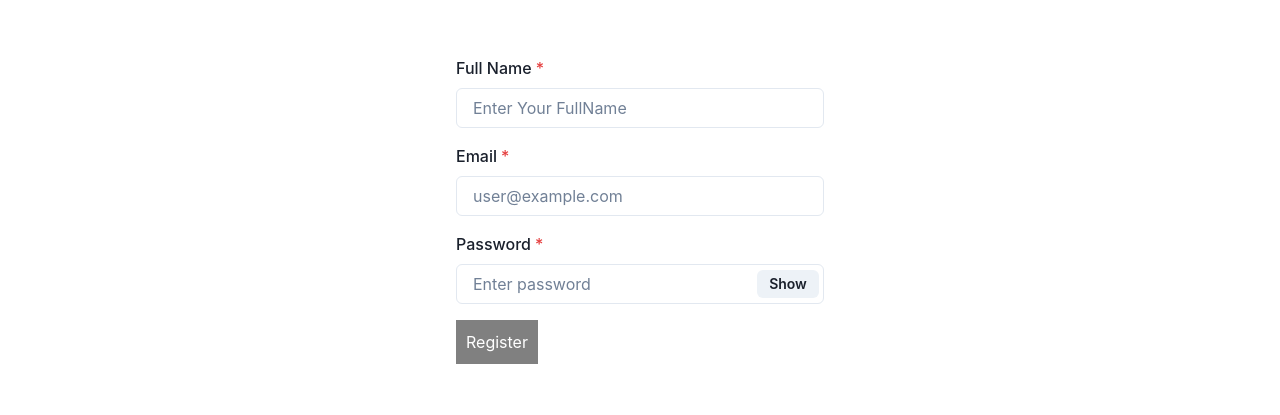
Repository: Abhi2359/chakra_form_validation
Page: / (app in reg_form/)
The author's editor kept a copy of each file at every save. The page is drawn from the files as they stood at one save, then again after the next save.
The browser window is 1280 px wide. The pictures show the whole page.
The project was rebuilt for these pictures with package versions that can differ from the ones it lists, and the page was loaded fresh each time. Also part of the build but not shown: reg_form/vite.config.js.

Above is the page before, as saved 2023-08-11 19:25:24.

### reg_form/src/main.jsx
import React from "react";
import ReactDOM from "react-dom/client";
import App from "./App";
import { ChakraProvider } from "@chakra-ui/react";

ReactDOM.createRoot(document.getElementById("root")).render(
  <React.StrictMode>
    <ChakraProvider>
      <App />
    </ChakraProvider>
  </React.StrictMode>
);

### reg_form/src/App.jsx
import { ChakraProvider } from "@chakra-ui/react";
import RegisterationForm from "./RegisterationForm";


function App() {
  return (
   <ChakraProvider>

     <RegisterationForm/>
   </ChakraProvider>

  );
}

export default App;

### reg_form/src/RegisterationForm.jsx
import {
  FormControl,
  FormLabel,
  Input,
  Box,
  InputRightElement,
  InputGroup,
  Button,
  Text,
} from "@chakra-ui/react";
import React, { useState } from "react";
import zxcvbn from "zxcvbn";

function RegisterationForm() {
  const [fullName, setFullName] = useState("");
  const [fullNameError, setFullNameError] = useState("");
  const [email, setEmail] = useState("");
  const [emailError, setEmailError] = useState("");
  const [password, setPassword] = useState("");
  const [passwordError, setPasswordError] = useState("");
  const [showPassword, setShowPassword] = useState(false);
  const [passwordStrength, setPasswordStrength] = useState("");

  const [isFormValid, setIsFormValid] = useState(false);

  const handleFullNameChange = (e) => {
    const value = e.target.value;

    setFullName(value);
    setFullNameError("");
    validateForm();
  };

  const handleEmailChange = (e) => {
    const value = e.target.value;
    setEmail(value);
    setEmailError("");
    validateForm();
  };

  const handlePasswordChange = (e) => {
    const value = e.target.value;
    setPassword(value);
    setPasswordError(" ");
    // Calculate password strength using zxcvbn
    const passwordStrengthResult = zxcvbn(value);
    const score = passwordStrengthResult.score;

    // Map the score to labels for display
    let strengthLabel = "Weak";
    if (score >= 3) {
      strengthLabel = "Stronger";
    } else if (score >= 2) {
      strengthLabel = "Strong";
    } else {
      strengthLabel = "Weak";
    }

    setPasswordStrength(strengthLabel);

    validateForm();
  };

  const handleShowPassword = () => {
    setShowPassword(!showPassword);
  };

  // Input Field Validation Function
  // const validateName = () => {
  //   const isFullNameValid = /^[A-Za-z\s]+$/.test(fullName);

  //   setFullNameError(isFullNameValid ? "" : "Invalid Full Name");
  // };
  // const validateEmail = () => {
  //   const isEmailValid = /\S+@\S+\.\S+/.test(email);

  //   setEmailError(isEmailValid ? "" : "Invalid Email");
  // };
  // const validatePassword = () => {
  //   const isPasswordValid = password.length >= 8;

  //   setPasswordError(
  //     isPasswordValid ? "" : "Password must be at least 8 characters"
  //   );
  // };


  //Form Validation
  const validateForm =()=>{
    const isFullNameValid = /^[A-Za-z\s]+$/.test(fullName);
    const isEmailValid = /\S+@\S+\.\S+/.test(email);
    const isPasswordValid = password.length >= 8;
     setIsFormValid( isFullNameValid && isPasswordValid && isEmailValid)
  }


  return (
    <Box maxW="400px" m="auto" p="4" my="40px">
      <FormControl isRequired isInvalid={fullNameError !== ""}>
        <FormLabel>Full Name</FormLabel>
        <Input
          type="text"
          value={fullName}
          onChange={handleFullNameChange}
          placeholder="Enter Your FullName"
        />
        <Text color="red.500" fontSize="sm" mt="1">
          {fullNameError}
        </Text>
      </FormControl>
      <FormControl isRequired my="4" isInvalid={emailError !== ""}>
        <FormLabel>Email</FormLabel>
        <Input
          type="email"
          value={email}
          onChange={handleEmailChange}
          placeholder="user@example.com"
        />
        <Text color="red.500" fontSize="sm" mt="1">
          {emailError}
        </Text>
      </FormControl>
      <FormControl isRequired my="4" isInvalid={passwordError !== ""}>
        <FormLabel>Password</FormLabel>
        <InputGroup size="md">
          <Input
            pr="4.5rem"
            type={showPassword ? "text" : "password"}
            placeholder="Enter password"
            onChange={handlePasswordChange}
          />
          <InputRightElement width="4.5rem">
            <Button h="1.75rem" size="sm" onClick={handleShowPassword}>
              {showPassword ? "Hide" : "Show"}
            </Button>
          </InputRightElement>
        </InputGroup>
        <Text color="red.500" fontSize="sm" mt="1">
          {passwordError}
        </Text>
        {passwordStrength && (
          <Text
            mt={2}
            fontSize="sm"
            color={
              passwordStrength === "Stronger"
                ? "green"
                : passwordStrength === "Strong"
                ? "blue"
                : "red"
            }
          >
            Password Strength: {passwordStrength}
          </Text>
        )}
      </FormControl>
      <button
        type="submit"

        disabled={!isFormValid}
        style={{
          backgroundColor: isFormValid ? "green" : "gray",
          color: "white",
          padding: "10px",
          cursor: isFormValid ? "pointer" : "not-allowed",
        }}
      >
        Register
      </button>
    </Box>
  );
}

export default RegisterationForm;

Loaded but not shown: reg_form/index.html (common file)

After the next save:
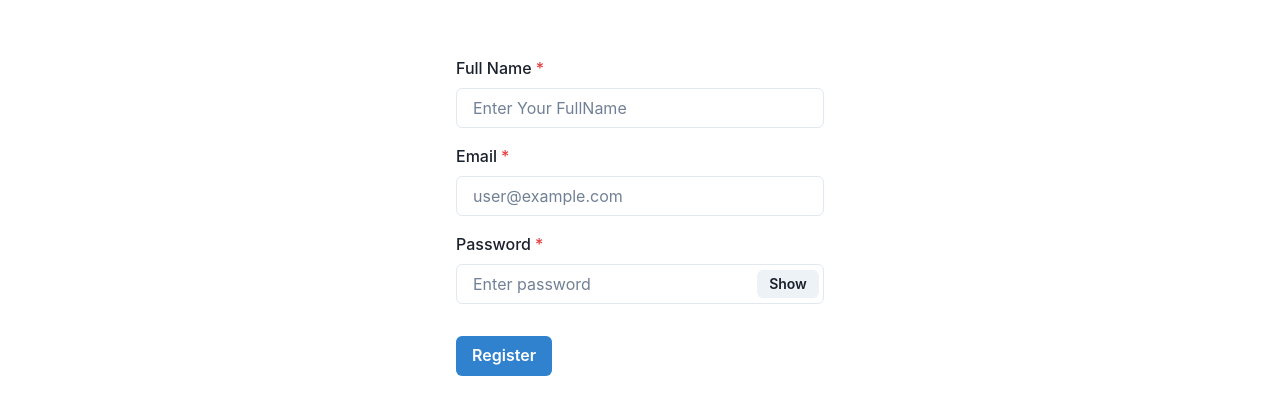
Saved 117 s later.
--- a/reg_form/src/RegisterationForm.jsx
+++ b/reg_form/src/RegisterationForm.jsx
@@ -17,7 +17,6 @@
   const [email, setEmail] = useState("");
   const [emailError, setEmailError] = useState("");
   const [password, setPassword] = useState("");
-  const [passwordError, setPasswordError] = useState("");
   const [showPassword, setShowPassword] = useState(false);
   const [passwordStrength, setPasswordStrength] = useState("");
 
@@ -25,23 +24,19 @@
 
   const handleFullNameChange = (e) => {
     const value = e.target.value;
-
     setFullName(value);
-    setFullNameError("");
     validateForm();
   };
 
   const handleEmailChange = (e) => {
     const value = e.target.value;
     setEmail(value);
-    setEmailError("");
     validateForm();
   };
 
   const handlePasswordChange = (e) => {
     const value = e.target.value;
     setPassword(value);
-    setPasswordError(" ");
     // Calculate password strength using zxcvbn
     const passwordStrengthResult = zxcvbn(value);
     const score = passwordStrengthResult.score;
@@ -65,38 +60,17 @@
     setShowPassword(!showPassword);
   };
 
-  // Input Field Validation Function
-  // const validateName = () => {
-  //   const isFullNameValid = /^[A-Za-z\s]+$/.test(fullName);
-
-  //   setFullNameError(isFullNameValid ? "" : "Invalid Full Name");
-  // };
-  // const validateEmail = () => {
-  //   const isEmailValid = /\S+@\S+\.\S+/.test(email);
-
-  //   setEmailError(isEmailValid ? "" : "Invalid Email");
-  // };
-  // const validatePassword = () => {
-  //   const isPasswordValid = password.length >= 8;
-
-  //   setPasswordError(
-  //     isPasswordValid ? "" : "Password must be at least 8 characters"
-  //   );
-  // };
-
-
-  //Form Validation
-  const validateForm =()=>{
+  // Form Validation Function
+  const validateForm = () => {
     const isFullNameValid = /^[A-Za-z\s]+$/.test(fullName);
     const isEmailValid = /\S+@\S+\.\S+/.test(email);
     const isPasswordValid = password.length >= 8;
-     setIsFormValid( isFullNameValid && isPasswordValid && isEmailValid)
-  }
-
+    setIsFormValid(isFullNameValid && isEmailValid && isPasswordValid);
+  };
 
   return (
     <Box maxW="400px" m="auto" p="4" my="40px">
-      <FormControl isRequired isInvalid={fullNameError !== ""}>
+      <FormControl isRequired>
         <FormLabel>Full Name</FormLabel>
         <Input
           type="text"
@@ -104,11 +78,8 @@
           onChange={handleFullNameChange}
           placeholder="Enter Your FullName"
         />
-        <Text color="red.500" fontSize="sm" mt="1">
-          {fullNameError}
-        </Text>
       </FormControl>
-      <FormControl isRequired my="4" isInvalid={emailError !== ""}>
+      <FormControl isRequired my="4">
         <FormLabel>Email</FormLabel>
         <Input
           type="email"
@@ -116,11 +87,8 @@
           onChange={handleEmailChange}
           placeholder="user@example.com"
         />
-        <Text color="red.500" fontSize="sm" mt="1">
-          {emailError}
-        </Text>
       </FormControl>
-      <FormControl isRequired my="4" isInvalid={passwordError !== ""}>
+      <FormControl isRequired my="4">
         <FormLabel>Password</FormLabel>
         <InputGroup size="md">
           <Input
@@ -135,9 +103,6 @@
             </Button>
           </InputRightElement>
         </InputGroup>
-        <Text color="red.500" fontSize="sm" mt="1">
-          {passwordError}
-        </Text>
         {passwordStrength && (
           <Text
             mt={2}
@@ -154,19 +119,16 @@
           </Text>
         )}
       </FormControl>
-      <button
-        type="submit"
-
+      <Button
+        colorScheme="blue"
         disabled={!isFormValid}
-        style={{
-          backgroundColor: isFormValid ? "green" : "gray",
-          color: "white",
-          padding: "10px",
-          cursor: isFormValid ? "pointer" : "not-allowed",
-        }}
+        my="4"
+        _disabled={{ opacity: 0.7, cursor: "not-allowed" }}
+        _hover={{ transform: "scale(1.05)" }}
+        _active={{ transform: "scale(0.95)" }}
       >
         Register
-      </button>
+      </Button>
     </Box>
   );
 }

After the save that followed:
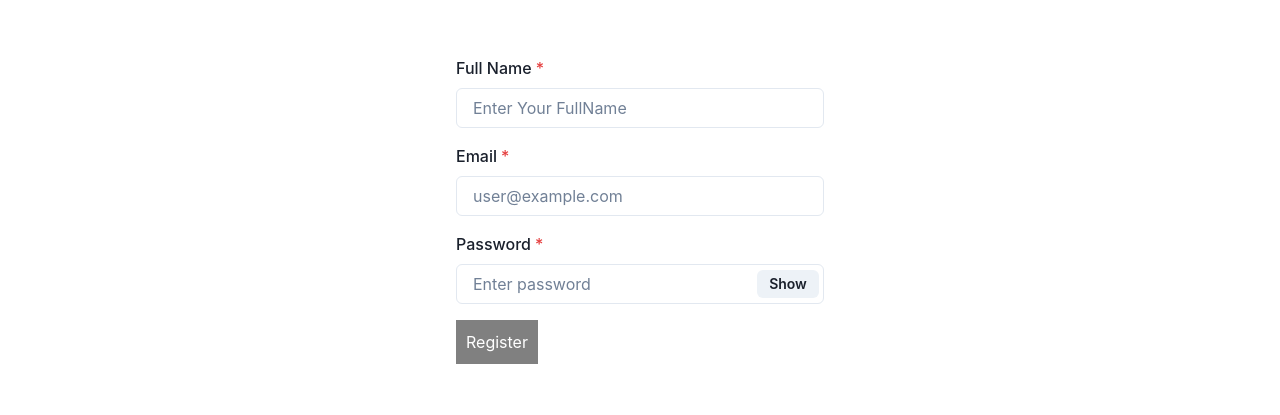
Saved 59 s later.
--- a/reg_form/src/RegisterationForm.jsx
+++ b/reg_form/src/RegisterationForm.jsx
@@ -17,6 +17,7 @@
   const [email, setEmail] = useState("");
   const [emailError, setEmailError] = useState("");
   const [password, setPassword] = useState("");
+  const [passwordError, setPasswordError] = useState("");
   const [showPassword, setShowPassword] = useState(false);
   const [passwordStrength, setPasswordStrength] = useState("");
 
@@ -24,19 +25,23 @@
 
   const handleFullNameChange = (e) => {
     const value = e.target.value;
+
     setFullName(value);
+    setFullNameError("");
     validateForm();
   };
 
   const handleEmailChange = (e) => {
     const value = e.target.value;
     setEmail(value);
+    setEmailError("");
     validateForm();
   };
 
   const handlePasswordChange = (e) => {
     const value = e.target.value;
     setPassword(value);
+    setPasswordError(" ");
     // Calculate password strength using zxcvbn
     const passwordStrengthResult = zxcvbn(value);
     const score = passwordStrengthResult.score;
@@ -60,17 +65,38 @@
     setShowPassword(!showPassword);
   };
 
-  // Form Validation Function
-  const validateForm = () => {
+  // Input Field Validation Function
+  // const validateName = () => {
+  //   const isFullNameValid = /^[A-Za-z\s]+$/.test(fullName);
+
+  //   setFullNameError(isFullNameValid ? "" : "Invalid Full Name");
+  // };
+  // const validateEmail = () => {
+  //   const isEmailValid = /\S+@\S+\.\S+/.test(email);
+
+  //   setEmailError(isEmailValid ? "" : "Invalid Email");
+  // };
+  // const validatePassword = () => {
+  //   const isPasswordValid = password.length >= 8;
+
+  //   setPasswordError(
+  //     isPasswordValid ? "" : "Password must be at least 8 characters"
+  //   );
+  // };
+
+
+  //Form Validation
+  const validateForm =()=>{
     const isFullNameValid = /^[A-Za-z\s]+$/.test(fullName);
     const isEmailValid = /\S+@\S+\.\S+/.test(email);
     const isPasswordValid = password.length >= 8;
-    setIsFormValid(isFullNameValid && isEmailValid && isPasswordValid);
-  };
+     setIsFormValid( isFullNameValid && isPasswordValid && isEmailValid)
+  }
+
 
   return (
     <Box maxW="400px" m="auto" p="4" my="40px">
-      <FormControl isRequired>
+      <FormControl isRequired isInvalid={fullNameError !== ""}>
         <FormLabel>Full Name</FormLabel>
         <Input
           type="text"
@@ -78,8 +104,11 @@
           onChange={handleFullNameChange}
           placeholder="Enter Your FullName"
         />
+        <Text color="red.500" fontSize="sm" mt="1">
+          {fullNameError}
+        </Text>
       </FormControl>
-      <FormControl isRequired my="4">
+      <FormControl isRequired my="4" isInvalid={emailError !== ""}>
         <FormLabel>Email</FormLabel>
         <Input
           type="email"
@@ -87,8 +116,11 @@
           onChange={handleEmailChange}
           placeholder="user@example.com"
         />
+        <Text color="red.500" fontSize="sm" mt="1">
+          {emailError}
+        </Text>
       </FormControl>
-      <FormControl isRequired my="4">
+      <FormControl isRequired my="4" isInvalid={passwordError !== ""}>
         <FormLabel>Password</FormLabel>
         <InputGroup size="md">
           <Input
@@ -103,6 +135,9 @@
             </Button>
           </InputRightElement>
         </InputGroup>
+        <Text color="red.500" fontSize="sm" mt="1">
+          {passwordError}
+        </Text>
         {passwordStrength && (
           <Text
             mt={2}
@@ -119,16 +154,19 @@
           </Text>
         )}
       </FormControl>
-      <Button
-        colorScheme="blue"
+      <button
+        type="submit"
+
         disabled={!isFormValid}
-        my="4"
-        _disabled={{ opacity: 0.7, cursor: "not-allowed" }}
-        _hover={{ transform: "scale(1.05)" }}
-        _active={{ transform: "scale(0.95)" }}
+        style={{
+          backgroundColor: isFormValid ? "green" : "gray",
+          color: "white",
+          padding: "10px",
+          cursor: isFormValid ? "pointer" : "not-allowed",
+        }}
       >
         Register
-      </Button>
+      </button>
     </Box>
   );
 }
